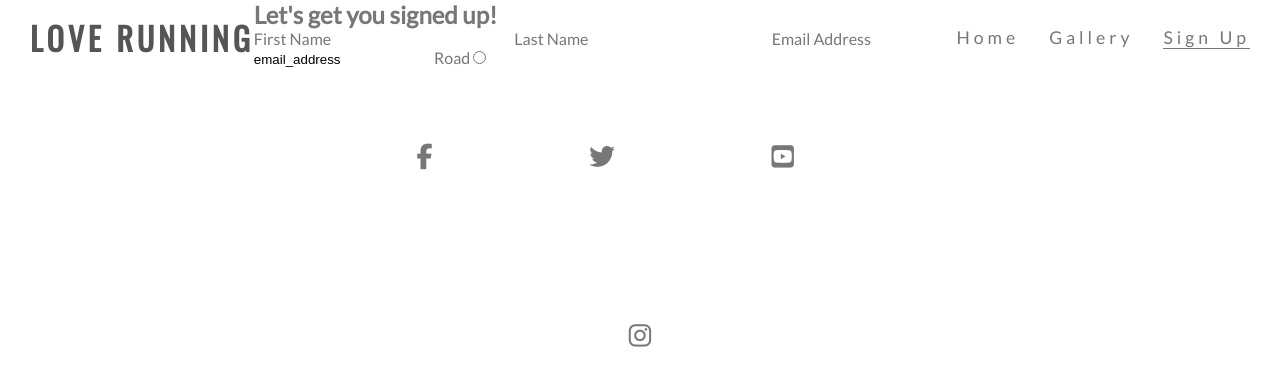
Repository: Baal89/love-running
Page: signup.html
The author's editor kept a record of every edit. The page is drawn from the files as they stood at one moment, then again after the next edit.
The browser window is 1280 px wide. The pictures show the whole page.
Some web libraries are served in a nearby version.

Above is the page before.

After the next edit:
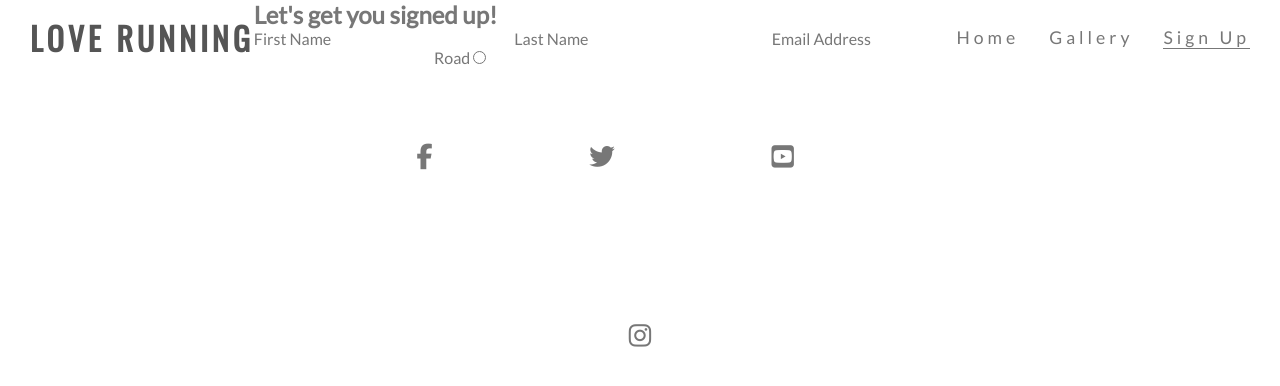
The edit:
--- a/signup.html
+++ b/signup.html
@@ -31,7 +31,7 @@
             <label for="lname">Last Name</label>
             <input name="last_name" id="lname" type="text"  required>
             <label for="email">Email Address</label>
-            <input name="email" id="email" type="email" value="email_address" required>
+            <input name="email_address" id="email" type="email" required>
             <label>Road</label>
             <input id="road" type="radio" name="running_preference">
         </form>
